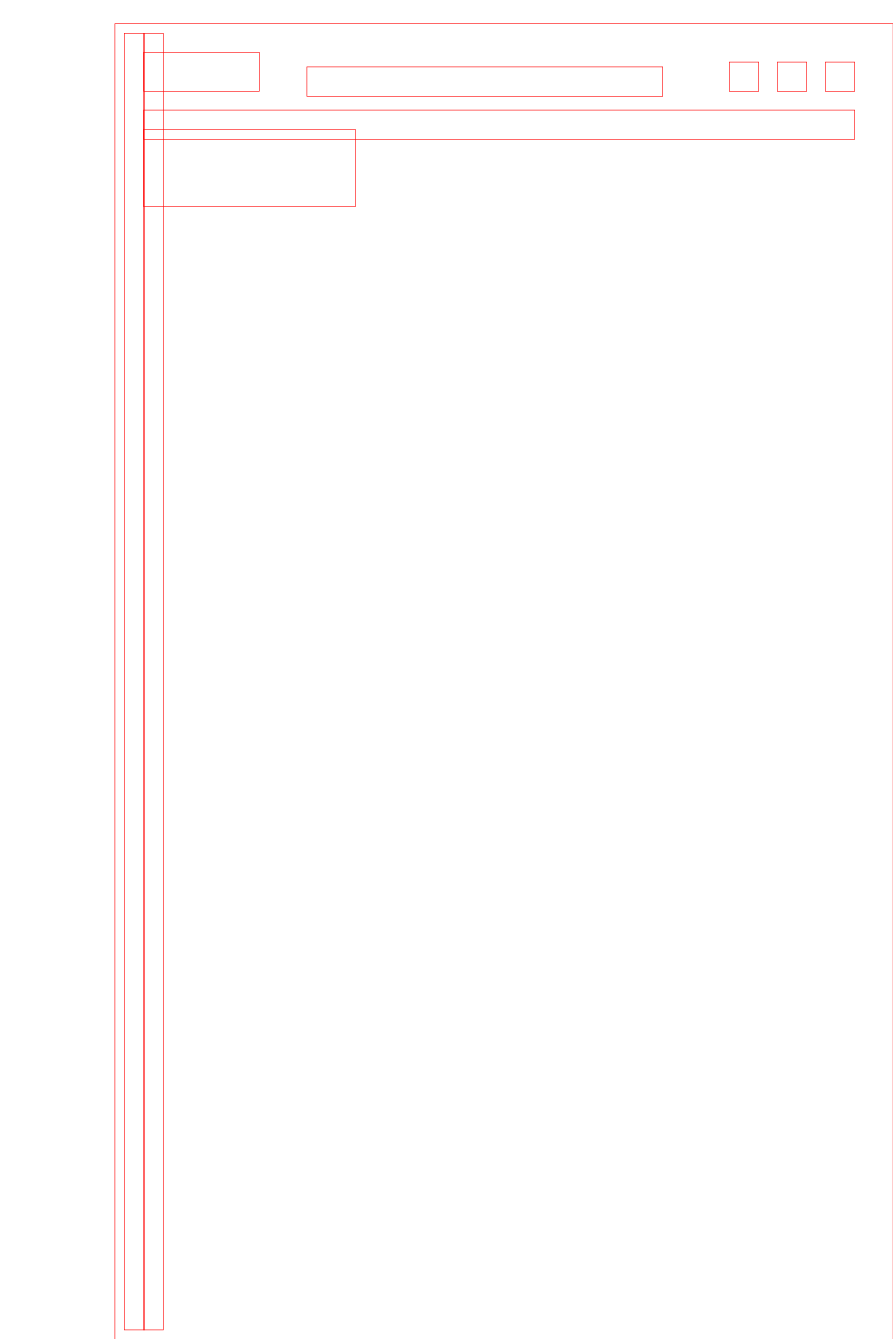
Repository: JacobSkilling-dot/Project1-Blog
Page: Week3-Blog.html
The author's editor kept a copy of each file at every save. The page is drawn from the files as they stood at one save, then again after the next save.
The browser window is 1280 px wide. The page is 1488 px wide, so the pictures cover 1488 px, including what lies to the right of the window. The pictures show the whole page, at 60% of full size.

Above is the page before, as saved 2023-01-16 20:43:32.

After the next save:
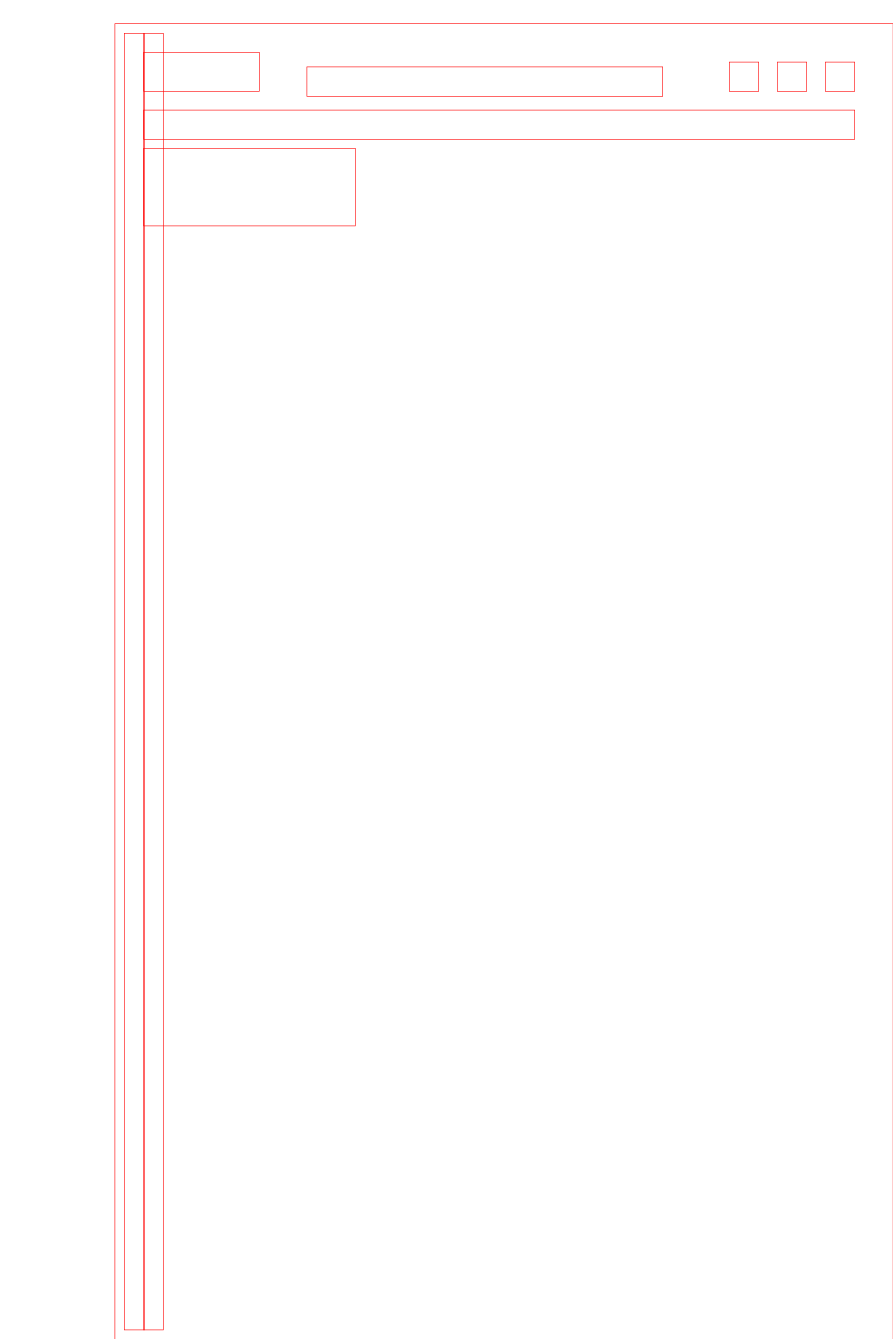
Saved 5 s later.
--- a/Week3-Blog.html
+++ b/Week3-Blog.html
@@ -88,7 +88,7 @@
             }
 
             .large-img1{
-                top: 9rem;
+                top: 11rem;
                 height: 6rem;
                 margin: 2rem;
                 margin-left: 2;
